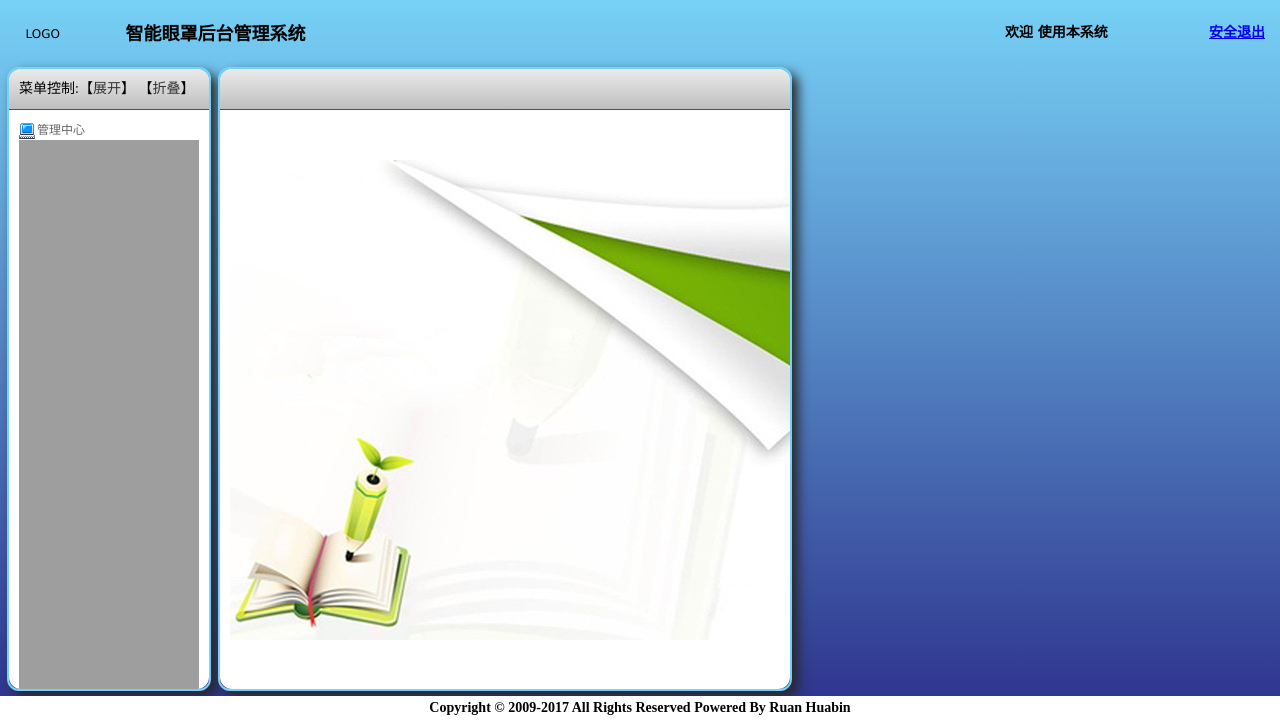
Repository: ruanhuabin/IntelliEyeShade
Page: http://localhost/IntelliEyeShade/admin/admin_login_success.jsp
These files come from the project's save history. The page is drawn as it stood at one moment and after the next save; the edit follows.
The browser window is 1280 px wide. The pictures show the whole page.
The page is served by Tomcat 9. Nobody is signed in. The application's start-up code is not run. Other server files are loaded and not shown.

Above is the page before, as saved 2016-12-06 10:05:39.

### IntelliEyeShade/WebRoot/admin/admin_login_success.jsp
<%@ page language="java" import="java.util.*" contentType="text/html; charset=utf-8" %>
<%
String path = request.getContextPath();
String basePath = request.getScheme()+"://"+request.getServerName()+":"+request.getServerPort()+path+"/";
%>

<!DOCTYPE html>
<html>
<head>
	<title>后台管理</title>
	<meta http-equiv="content-type" content="text/html;charset=UTF-8">
	<link rel="stylesheet" type="text/css" href="../css/index.css" />
</head>
<body>
<div id="wrapper">
	<div id="header">
		<div id="logo">LOGO</div>
		<div style="width:20px; display:inline-block;">
		</div>
		<div id="title" >智能眼罩后台管理系统</div>
<!-- 		<div id="menu" style="left: 858px; width: 314px;">
<!-- 			<div id="menu_container"> -->
<!-- 				<ul id="menu_items"> -->
<!-- 					<li class="menu_item on" style="border-radius:8px 0 0 8px" onmouseout="this.style.backgroundColor=''" onmouseover="this.style.backgroundColor='#77D1F6';this.style.borderRadius='8px 0 0 8px'"><a>用户管理</a></li> -->
<!-- 					<li class="menu_item" onmouseout="this.style.backgroundColor='';this.style.fontWeight='normal'" onmouseover="this.style.backgroundColor='#77D1F6';this.style.fontWeight='bold'"><a>硬件管理</a></li> -->
<!-- 					<li class="menu_item" onmouseout="this.style.backgroundColor='';this.style.fontWeight='normal'" onmouseover="this.style.backgroundColor='#77D1F6';this.style.fontWeight='bold'"><a>统计管理</a></li> -->
<!-- 					<li class="menu_item" onmouseout="this.style.backgroundColor='';this.style.fontWeight='normal'" onmouseover="this.style.backgroundColor='#77D1F6';this.style.fontWeight='bold'"><a>网盘管理</a></li>
<!-- 					<li class="menu_item" onmouseout="this.style.backgroundColor='';this.style.fontWeight='normal'" onmouseover="this.style.backgroundColor='#77D1F6';this.style.fontWeight='bold'"><a>相册管理</a></li> -->
<!-- 					 <li class="menu_item" style="border-radius:8px 0 0 8px;border:0px;" onmouseout="this.style.backgroundColor='';this.style.fontWeight='normal'" onmouseover="this.style.backgroundColor='#77D1F6';this.style.borderRadius='0 8px 8px 0';this.style.fontWeight='bold'"><a>邮件管理</a></li> -->
<!-- 					-->
<!-- 				</ul> -->
<!-- 			</div> -->
<!-- 		</div> -->


		<div id="user_info">
			<div id="welcome">欢迎 ${sessionScope.loginUserName} 使用本系统</div>
			<div id="logout"><a href="<%=path%>/admin/Administrator_logout.action">安全退出</a></div>
		</div>
	</div>
	<div id="navigator">
		<iframe src="../tree.jsp"></iframe>
        </div>
	<div id="main">
		<iframe name="MainFrame" src="admin_login_main.jsp"></iframe>
	</div>
	<div id="footer">Copyright © 2009-2017 All Rights Reserved Powered By Ruan Huabin</div>
</div>
</body>
<script type="text/javascript">
function screenAdapter(){
	document.getElementById('footer').style.top=document.documentElement.scrollTop+document.documentElement.clientHeight- document.getElementById('footer').offsetHeight+"px";
		document.getElementById('navigator').style.height=document.documentElement.clientHeight-100+"px";
		document.getElementById('main').style.height=document.documentElement.clientHeight-100+"px";
		document.getElementById('main').style.width=window.screen.width-230+"px";
}

window.onscroll=function(){screenAdapter();};
window.onresize=function(){screenAdapter();};
window.onload=function(){screenAdapter();};
</script>
</html>

### IntelliEyeShade/WebRoot/css/index.css
* {
    background: none repeat scroll 0 0 transparent;
    border: 0 none;
    margin: 0;
    padding: 0;
    vertical-align: baseline;
}
body{
    min-height:600px;
    min-width:1280px;
	overflow-y:hidden;
}
#wrapper {
    background-image: -moz-linear-gradient(top,#77D1F6, #2F368F);
    background-image:-webkit-gradient(linear, left top, left bottom, color-stop(0, #77D1F6),color-stop(1, #2F368F));
    font-family: "lucida Grande",Tahoma,Arial;
    font-size: 12px;
    overflow: hidden;
    height:100%;
    width:100%;
    height:100%;
}
#header {
    float: left;
    height: 62px;
    position: relative;
    width: 100%;
    z-index: 10;
	text-align:center;
}
#logo {
	//border:1px solid red;
    float: left;
    height: 38px;
	line-height:38px;
	vertical-align:middle;
    margin: 15px 0 0 1%;
    width: 60px;
}
#title {
	//border:1px solid red;
    float: left;
    height: 38px;
	line-height:38px;
	vertical-align:middle;
    margin: 15px 0 0 1%;
    width: 260px;
	font-family:微软雅黑;
	font-size:18px;
	font-weight:bold;
	text-align:center;
}
#menu{
	position:absolute;
	left:50%;
	margin-top:15px;
	margin-left:-300px;
    float: float;
    height: 38px;
	width:615px;
	line-height:38px;
	vertical-align:middle;
	text-align:center;
    border-radius: 8px;
    background-color:#000000;
    opacity:0.5;
}
#menu_container{
    position:relative;
	margin:2px;
	height: 34px;
	line-height:34px;
    vertical-align:middle;
    border-radius: 8px;
    background-image: -moz-linear-gradient(top,#EBEBEB, #BFBFBF);
    background-image: -webkit-gradient(linear, left top, left bottom, color-stop(0, #EBEBEB),color-stop(1, #BFBFBF));
}
#menu_items{
	list-style:none;
	line-height: normal;
	height: 34px;
	line-height:34px;
	vertical-align:middle;
	font-size:14px;
	border:2px solid solid;
	border-right-style:groove;
}
.menu_item{
	display: list-item;
	float:left;
	width:100px;
	border-right:2px solid #F6F6F6;
	border-right-style:groove;
	cursor:pointer;
}
.on{
	display: list-item;
	float:left;
	width:100px;
	background:#77D1F6;
	font-weight:bold;
}
.menu_item a{
	height: 34px;
	line-height:34px;
	display:block;
}
#user_info {
    height: 35px;
	line-height:35px;
	vertical-align:middle;
    position: relative;
	float:right;
	margin-top:15px;
	margin-right:15px;
	width:240px;
    font-weight:bold;
	font-size:14px;
}
#welcome{
	left:-20px;
    position: relative;
	float:left;
}
#logout{
    position: relative;
	float:right;
}
#footer{
    position: absolute;
	float:left;
    left:0px;
    width: 100%;
    height: 25px;
    vertical-align:middle;
    line-height:25px;
	text-align:center;
	font-family:微软雅黑;
	font-size:14px;
	font-weight:bold;
	font-color:#FFF;
}
#navigator{
    position:relative;
    float:left;
    width:200px;
    margin:5px 2px 5px 2px;
    left:5px;
    border-color: #77D1F6;
    border-width: 2px;
    border-style: solid;
    border-radius: 12px;
    -moz-box-shadow: 6px 6px 12px #282828;
    -webkit-box-shadow: 6px 6px 12px #282828;
}
#main{
    position:relative;
    float:left;
    width: 80%;
    margin:5px;
    left:5px;
    border-color: #77D1F6;
    border-width: 2px;
    border-style: solid;
    border-radius: 12px 12px;
    -moz-box-shadow: 6px 6px 12px #282828;
    -webkit-box-shadow: 6px 6px 12px #282828;
}
iframe{
    height:100%;
    width:100%;
    background:#FFF;
    position:relative;
    border-radius:12px;
    overflow:hidden;
}

### IntelliEyeShade/WebRoot/tree.jsp
<%@ page language="java" import="java.util.*" contentType="text/html; charset=utf-8" %>
<%
String path = request.getContextPath();
String basePath = request.getScheme()+"://"+request.getServerName()+":"+request.getServerPort()+path+"/";
%>
<!DOCTYPE html>
<html>
<head>
	<title>导航树</title>
	<meta http-equiv="content-type" content="text/html;charset=UTF-8">
	<style type="text/css">@import url('components/dtree/dtree.css');</style>
	<script type="text/javascript">var dtreeIconBasePath = "components/dtree";</script>
	<script type="text/javascript"  src="components/dtree/dtree.js"></script>
</head>
<body>
<script type="text/javascript">
var treeMenu = [
	/* { level:1, name:"学生管理"},
	{ level:2, name:"学生列表", ico:"images/icon_default.gif",link:"students/Student_query.action"},
	{ level:1, name:"教师管理"},
	{ level:2, name:"教师列表", ico:"images/icon_default.gif",link:"role_list.html"},
	{ level:1, name:"信息管理"},
	{ level:2, name:"新闻管理", ico:"images/icon_default.gif",link:"news_list.html"},
	{ level:2, name:"公告管理", ico:"images/icon_default.gif",link:"bulletin_list.html"},
	{ level:1, name:"系统邮件", ico:"images/icon_default.gif"},
	{ level:1, name:"网络文件", ico:"images/icon_default.gif",link:"complaint_list.html"}, */
	{ level:1, name:"用户管理", ico:"images/icon_default.gif",link:"users/Users_queryByPage.action"},
	{ level:1, name:"硬件管理", ico:"images/icon_default.gif",link:"devices/Devices_queryByPage.action"},
	{ level:1, name:"统计管理", ico:"images/icon_default.gif",link:"statistics/statistics_filter.jsp"},
];
</script>
<style>
* {
    background: none repeat scroll 0 0 transparent;
    border: 0 none;
    margin: 0;
    padding: 0;
    vertical-align: baseline;
	font-family:微软雅黑;
	overflow:hidden;
}
#menuControll{
	width:100%;
	position:relative;
	word-wrap:break-word;
	border-bottom:1px solid #065FB9;
	margin:0;
	padding:0 10px;
	font-size:14px;
	height:40px;
	line-height:40px;
	vertical-align:middle;
    background-image: -moz-linear-gradient(top,#EBEBEB, #BFBFBF);
    background-image: -webkit-gradient(linear, left top, left bottom, color-stop(0, #EBEBEB),color-stop(1,
#BFBFBF));
}
</style>
<div id="menuControll">
菜单控制:【<a href="#" onclick="tree.openAll();this.blur();return false;" style="color:#333333;text-decoration:none">展开</a>】
【<a href="#" onclick="tree.closeAll();this.blur();return false;" style="color:#333333;text-decoration:none">折叠</a>】
</div>
<div class="dtree" style="margin:10px;">
<script type="text/javascript">
//建立新树
tree = new dTree('tree');
tree.config.target = "MainFrame";
tree.config.useCookies = false;
var selNum = -1;
var link = "";
//根目录
tree.add(0,-1,'管理中心', null, null, null, '', '');
var count = 0;
var pLevelIdArray = new Array();
pLevelIdArray[1] = 0;
var currLevel = 1;
for (var i=0; i<treeMenu.length; i++) {
	var item = treeMenu[i];
	var itemLevel = item.level;
	pLevelIdArray[itemLevel+1] = ++count;
	if (item.link!=null && item.link!="") {
		if (item.ico!=null) {
			tree.add(count, pLevelIdArray[itemLevel], item.name, item.link, null, null, item.ico, item.ico);
		} else {
			tree.add(count, pLevelIdArray[itemLevel], item.name, item.link);
		}
	} else {
		if (item.ico!=null) {
			tree.add(count, pLevelIdArray[itemLevel], item.name, null, null, null, item.ico, item.ico);
		} else {
			tree.add(count, pLevelIdArray[itemLevel], item.name);
		}
	}
	if (item.select) {
		selNum = count;
		link = item.link;
	}
}
document.write(tree);
tree.openAll();
if (selNum != -1) {
	tree.openTo(selNum,true);
	top.document.frames["MainFrame"].location.href=link;
}
</script>
</div>
</body>
</html>

### IntelliEyeShade/WebRoot/admin/admin_login_main.jsp
<%@ page language="java" import="java.util.*" contentType="text/html; charset=utf-8" %>
<%
String path = request.getContextPath();
String basePath = request.getScheme()+"://"+request.getServerName()+":"+request.getServerPort()+path+"/";
%>
<!DOCTYPE html>
<html>
	<meta http-equiv="content-type" content="text/html;charset=UTF-8">
	<link rel="stylesheet" type="text/css" href="../css/default.css" />
<style type="text/css">
* {
    background: none repeat scroll 0 0 transparent;
    border: 0 none;
    margin: 0;
    padding: 0;
    vertical-align: baseline;
	font-family:微软雅黑;
	overflow:hidden;
}
#navi{
	width:100%;
	position:relative;
	word-wrap:break-word;
	border-bottom:1px solid #065FB9;
	margin:0;
	padding:0;
	height:40px;
	line-height:40px;
	vertical-align:middle;
    background-image: -moz-linear-gradient(top,#EBEBEB, #BFBFBF);
    background-image: -webkit-gradient(linear, left top, left bottom, color-stop(0, #EBEBEB),color-stop(1,
#BFBFBF));
}
#naviDiv{
	font-size:14px;
	color:#333;
	padding-left:10px;
}
#tips{
	margin-top:10px;
	width:100%;
	height:40px;
}
#buttonGroup{
	padding-left:10px;
	float:left;
	height:35px;
}
.button{
	float:left;
	margin-right:10px;
	padding-left:10px;
	padding-right:10px;
	font-size:14px;
	width:70px;
	height:30px;
	line-height:30px;
	vertical-align:middle;
	text-align:center;
	cursor:pointer;
    border-color: #77D1F6;
    border-width: 1px;
    border-style: solid;
    border-radius: 6px 6px;
    -moz-box-shadow: 2px 2px 4px #282828;
    -webkit-box-shadow: 2px 2px 4px #282828;
    background-image: -moz-linear-gradient(top,#EBEBEB, #BFBFBF);
    background-image: -webkit-gradient(linear, left top, left bottom, color-stop(0, #EBEBEB),color-stop(1, #BFBFBF));
}
#mainContainer{
	padding-left:10px;
	padding-right:10px;
	text-align:center;
	width:98%;
	font-size:12px;
}
</style>
<body>
<div id="navi">
	<!-- 导航空白 -->
</div>
<div id="tips">
	<!-- 导航空白 -->
</div>
<div id="mainContainer">
   <img src="../images/welcome.jpg">
   <!--数据表格空白 -->
</div>
</body>
</html>

### IntelliEyeShade/WebRoot/components/dtree/dtree.css
/*--------------------------------------------------|
| dTree 2.05 | www.destroydrop.com/javascript/tree/ |
|---------------------------------------------------|
| Copyright (c) 2002-2003 Geir Landr?               |
|--------------------------------------------------*/

.dtree {
	font-size: 12px;
	color: #666;
	white-space: nowrap;
}
.dtree img {
	border: 0px;
	vertical-align: middle;
}
.dtree a {
	color: #333;
	text-decoration: none;
}
.dtree a.node, .dtree a.nodeSel {
	white-space: nowrap;
	padding: 1px 2px 1px 2px;
}
.dtree a.node:hover, .dtree a.nodeSel:hover {
	color: #333;
	text-decoration: underline;
}
.dtree a.nodeSel {
	background-color: #c0d2ec;
}
.dtree .clip {
	overflow: hidden;
}

### IntelliEyeShade/WebRoot/css/default.css
/* 基本样式 */


/* 去掉图片、表单边框 */
img, form {
	margin:0;
	padding:0;
	border:0;
}

/* 超链接 */
a {
	text-decoration: none;
}
a:link, a:visited {
	color:#063685;
	text-decoration:none;
}
a:hover, a:active {
	color:#FF5500;
	text-decoration:underline;
}

/* 表格 */
table.default {
	border:1px solid #0283c5;
	border-collapse:collapse;
	margin-top:5px;
}
table.default td, table.default tr.style1 td {
	padding:2 5 2 5;
	height:26px;
	border:1px solid #ffffff;
}
table.default tr, table.default tr.style1{
	background-color:#f0f0f0;
}
table.default tr.style0{
	background-color:#dfdfdf;
}
table.default tr.title td, table.default tr.ltitle td {
	font-weight:bold;
	background:#0283c5;
	color:#ffffff;
	border:1px solid #ffffff;
	white-space:nowrap;
	height:26px;
	line-height:26px;
	vertical-align:middle;
}
table.default tr.ltitle td {
	text-align:left;
}
table.default tr.title td {
	text-align:center;
	line-height:26px;
	vertical-align:middle;
}
table.default tr.subtitle td ,table.default tr.lsubtitle td {
	font-weight:bold;
	background:#69f;
	color:#ffffff;
	border:1px solid #ffffff;
	white-space:nowrap;
	height:26px;
	line-height:26px;
	vertical-align:middle;
}
table.default tr.lsubtitle td {
	text-align:left;
}
table.default tr.subtitle td {
	text-align:center;
}

table.default tr.strong td {
	font-weight:bold;
	background:#DDD;
}

table.default tr.stronghl td {
	font-weight:bold;
	background:#FFCC99;
	text-align:center;
}

table.default tr.hl td {
	background:#ffffcc/*#FFFF99*/;
}

table.default td.item {
	font-weight:bold;
	color:#333333;
	text-align:right;
}

table.default td.text {
	line-height:150%;
}

table.default td.opt {
	background:#FFFF99;
	padding-right:10px;
}

table.explain {
	margin-top:5px;
	margin-bottom:5px;
}
table.explain td {
	font-family:宋体;
	font-size:12px;
	border:1px solid #333333;
	background:#f0f0f0;
	padding:8px;
	line-height:120%;
}

table.pages {
	border:0;
}
table.pages td {
	height:26px;
}

table.reswb {
	border:1px solid #0283c5;
	border-collapse:collapse;
	margin-top:10px;
}

table.reswb tr.title td {
	padding:2 5 2 5;
	font-weight:bold;
	background:#0283c5;
	color:#ffffff;
	border:1px solid #ffffff;
	white-space:nowrap;
	height:26px;
	line-height:26px;
	vertical-align:middle;
}

table.default tr.list{
	text-align: center;
	line-height:26px;
	vertical-align:middle;
}

/* 普通信息 */
div.info {
	padding:5px 5px 5px 2px;
	margin-top:10px;
}

/* 前台导航用 */
.tdnormal {
	border-bottom:1px solid white;
}

.tdselected {
	border:1px solid white;
	border-bottom:0;
	font-weight:bold;
}
.navtab td {
	height:30px;
	color:white;
	font-size:9pt;
	text-align:center;
}
a.navbar, a.navbar:visited, a.navbar:active {text-decoration: none;color:#FFF;}
a.navbar:hover {text-decoration: underline;color:#FFF;}


/* 错误信息 */
.errorBox {
	border:1px solid #ff0000;
	padding:5px;
	background:#FFCCCC;
}
.errorMessage {
	color:#cc0000;
}
ul {
	margin-left:30px;
	margin-top:0;
	margin-bottom:0;
}

/* 分页页码样式 */
.selectedPage {
	border:1px solid #999999;
	background:#ffffcc;
	color:#000000;
	padding:0 3px 2px 3px;
}
.noSelectedPage {
	padding:0 3px 0 3px;
}
a.page {
	font-size:12px;
	text-decoration: none;
}
a.page:link, a.page:visited {
	color:#0044DD;
	text-decoration:none;
}
a.page:hover, a.page:active {
	color:#FF5500;
	text-decoration:none;
}

/* 表单元素样式 */
.input_text {
	width:200px;
	margin-right:5px;
}
.notNull {
	color:red;
}
.notice {
	color:#20A8F0;
}

/* 后台任务链接样式 */
a.navlink {
	font-family:宋体;
	height:25px;
	font-weight:normal;
	letter-spacing:1px;
	padding:4 5 0 5;
	background:#e0e0e0;
	border:2px outset;
	FILTER: progid:DXImageTransform.Microsoft.Gradient(GradientType=0, StartColorStr=#ffffff, EndColorStr=#20A8F0);
}

a.navlink {text-decoration: none;color:#000000;}
a.navlink:visited {text-decoration: none;color:#000000;}
a.navlink:active {text-decoration: none;color:#0044DD;}
a.navlink:hover {text-decoration: none;color:#FF5500;}

/* 操作按钮 */
div.oper {
	margin:5px;
	text-align:right;
}

div.oper input {
	margin-left:5px;
	margin-right:5px;
}

/* 背景色 */
.fbg {
	background:#065FB9;
}
.bbg {
	background:#04477C;
}

/* tooltip */
/*
span.tip {
	cursor:default;
}
#tooltip {
	position: absolute;
	z-index: 3000;
	border: 1px solid #111;
	background-color: #eee;
	padding: 5px;
	opacity: 0.85;
}
#tooltip h3, #tooltip div {
	font-size:12px;
	margin: 0;
}
*/

/* 特殊高亮文本 */
span.spec {
	color:#003399;
}

/* 特殊灰色文本 */
span.gray {
	color:#666;
}

/* 黄色背景 */
.bg1 {
	background:#FFCC99;/*#FFFF99;*/
}

/* 绿色背景 */
.bg2 {
	background:#99CC99;
}

/* 文章样式 */

div.title {
	font-size:16px;
	font-weight:bold;
	background:#FFFF99;
	border-bottom:2px solid #000;
	padding:5px;
	margin-bottom:10px;
}

div.content {
	font-size:14px;
	line-height:150%;
}

div.faq-q {
	padding:5px;
	background:#DDD;
	font-weight:bold;
}

div.faq-a {
	padding:5px;
	line-height:150%;
	font-size:16px;
}

/* 问卷样式 */
.option {
	margin-right:10px;
}

.answer {
	background:#060;
	color:white;
	font-weight:bold;
	padding:2px;
}

table.stat {
	border-collapse:collapse;
}
table.stat td {
	border:0;
	padding-left:20px;
}
hr.percent {
	height:10px;
	color:#093;
	border:1px solid black;
}

td.indent {
	padding-left:10px;
}

#page_explain {
	display:none;
}

#navDiv {
	color:#333;
	padding-left:10px;
	line-height:30px;
	background:#CCFF99;
	border-bottom:1px solid #065FB9;
	height:30px;
	padding-top:6px;
}
/*--------分页样式-----------*/
.pager-top {
    overflow:hidden;
    padding:5px 10px 0;
    color:#333333;
    font-family:Tahoma,Verdana,sans-serif,simsun;
    font-size:12px;
    margin-top:10px;
    border-bottom:1px solid #D8DFEA;
}
.pager-top span {
    float:left;
    padding-bottom:6px;
}
.pagerpro {
    float:right;
    list-style-image:none;
    list-style-position:outside;
    list-style-type:none;
    margin:0;
    padding:0;
}
.pagerpro li {
    display:inline;
    float:left;
}
.pagerpro li a.chn {
    font-size:12px;
}
.pagerpro li a {
    display:block;
    font-size:11px;
    padding:3px 3px 2px;
    color:#005EAC;
    text-decoration:none;
}
.pagerpro li a.chn:hover {
    border-bottom:1px solid #005EAC;
}
.pagerpro li a:hover {
    background:#005EAC none repeat scroll 0 0;
    border-bottom:2px solid #005EAC;
    border-color:#D8DFEA #D8DFEA #005EAC;
    color:#FFFFFF;
    text-decoration:none;
}
.pagerpro li.current a, .pagerpro li.current a:hover {
    background:transparent none repeat scroll 0 0;
    border-bottom:2px solid #005EAC;
    border-color:#005EAC;
    color:#005EAC;
    font-weight:700;
    padding-left:2px;
    padding-right:2px;
}
.marquee_txt{
	font-size:12px;
	font-family:"微软雅黑";
	margin-top:5px;
	margin-left:auto;
    margin-right:auto;
    width:222px;
}

Loaded but not shown: IntelliEyeShade/WebRoot/components/dtree/dtree.js (347 lines, source omitted)

After the next save:
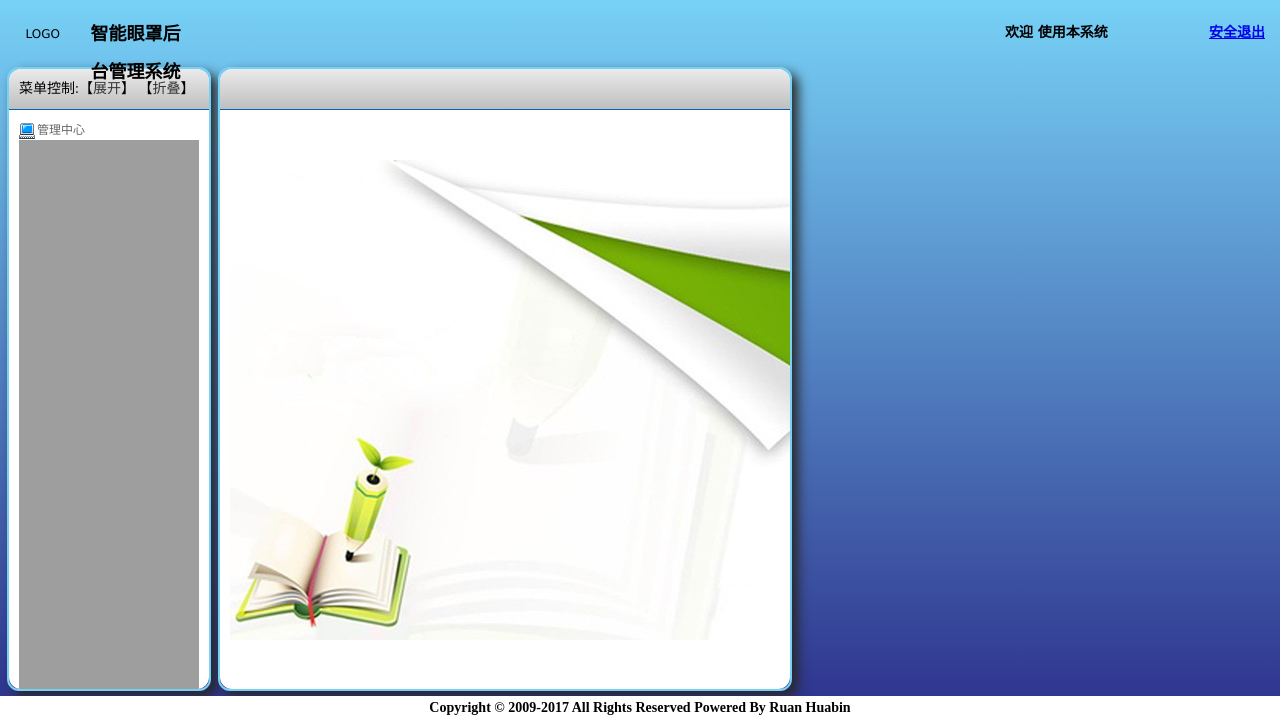
Saved 33 s later.
--- a/IntelliEyeShade/WebRoot/admin/admin_login_success.jsp
+++ b/IntelliEyeShade/WebRoot/admin/admin_login_success.jsp
@@ -17,7 +17,7 @@
 		<div id="logo">LOGO</div>
 		<div style="width:20px; display:inline-block;">
 		</div>
-		<div id="title" >智能眼罩后台管理系统</div>
+		<div id="title" style="width:100px"; display:inline-block>智能眼罩后台管理系统</div>
 <!-- 		<div id="menu" style="left: 858px; width: 314px;">
 <!-- 			<div id="menu_container"> -->
 <!-- 				<ul id="menu_items"> -->

After the save that followed:
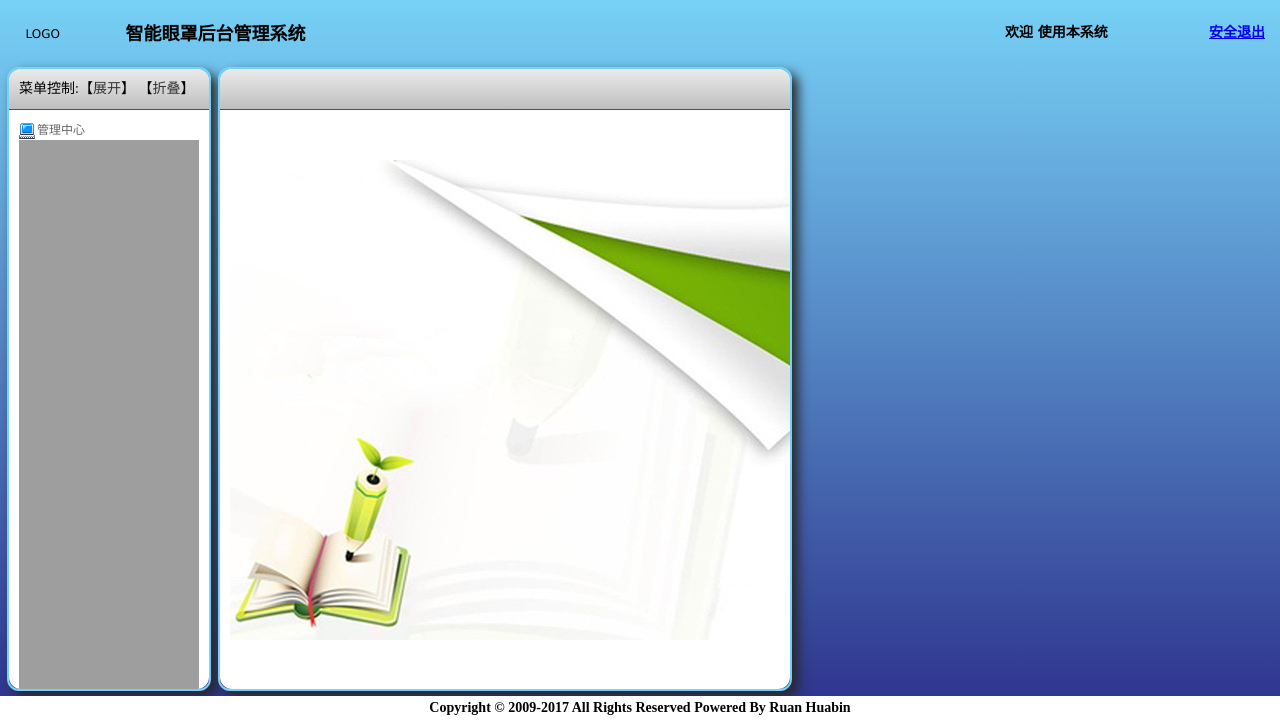
Saved 9 s later.
--- a/IntelliEyeShade/WebRoot/admin/admin_login_success.jsp
+++ b/IntelliEyeShade/WebRoot/admin/admin_login_success.jsp
@@ -17,7 +17,7 @@
 		<div id="logo">LOGO</div>
 		<div style="width:20px; display:inline-block;">
 		</div>
-		<div id="title" style="width:100px"; display:inline-block>智能眼罩后台管理系统</div>
+		<div id="title" style="width:100px display:inline-block">智能眼罩后台管理系统</div>
 <!-- 		<div id="menu" style="left: 858px; width: 314px;">
 <!-- 			<div id="menu_container"> -->
 <!-- 				<ul id="menu_items"> -->
